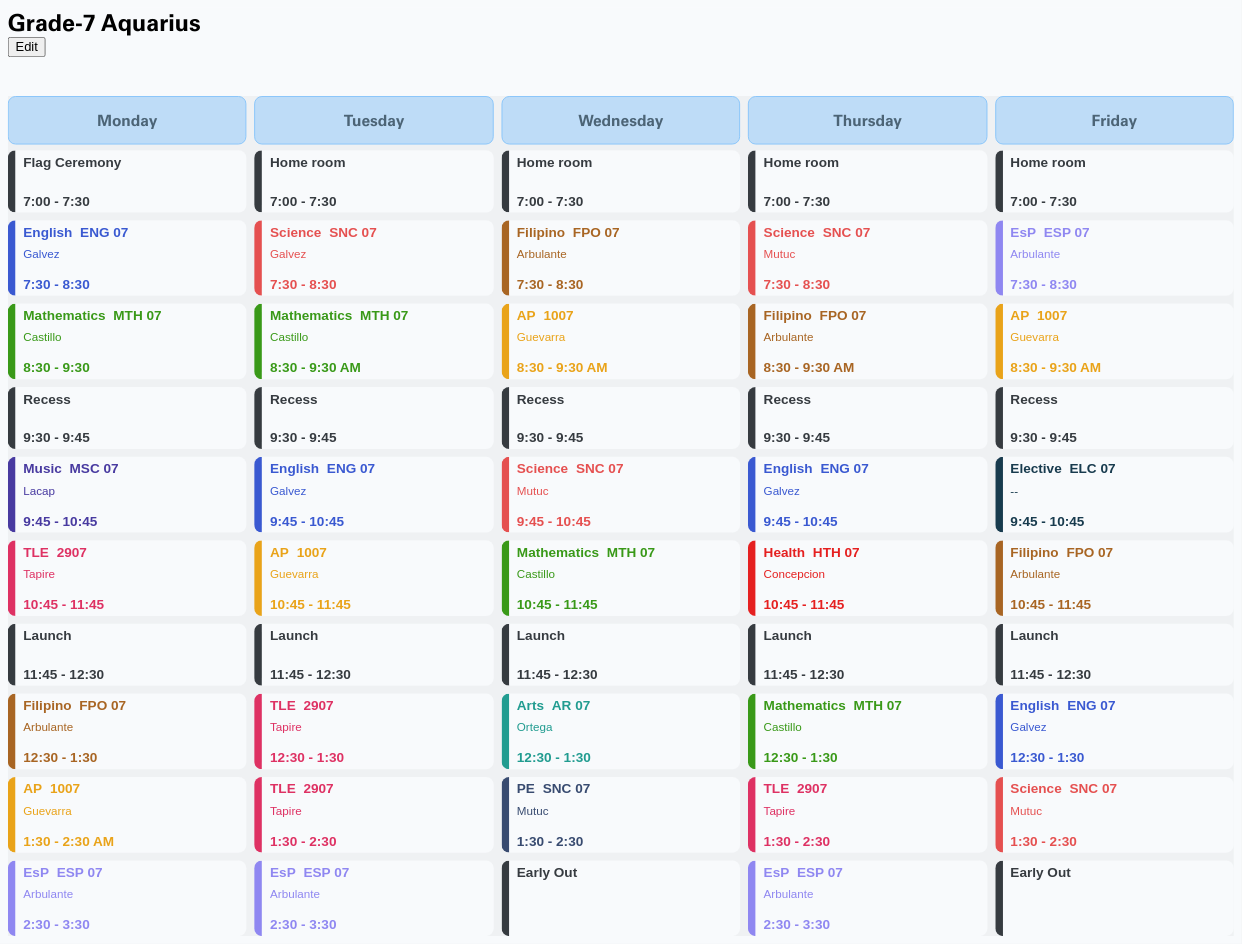
Repository: kentdrlo/prototype
Page: timetable.html
The author's editor kept a copy of each file at every save. The page is drawn from the files as they stood at one save, then again after the next save.
The browser window is 1280 px wide. The pictures show the whole page, at 97% of full size.
An inner scrolling area shows only its first screen.

Above is the page before, as saved 2025-05-29 09:21:47.

### timetable.html
<link rel="stylesheet" href="schedule.css" />
<div class="container">
  <div class="row">
    <div class="col">
      <div class="top-settings">
        <div class="top-settings-wrapper">
          <div class="schedule-name">Grade-7 Aquarius</div>
          <button type="button" class="btn btn-secondary">Edit</button>
        </div>
      </div>
    </div>
    <div class="table-container row">
      <div class="grid-wrapper">
        <div class="day-box" id="dayBox"></div>
        <div class="table-box" id="topBox"></div>
      </div>
    </div>
  </div>
</div>

<script src="schedule.js"></script>

### schedule.css
@font-face {
  font-family: "Univers";
  src: url("folder/Univers-Bold.woff2") format("woff2"),
    url("folder/Univers-Bold.woff") format("woff");
  font-weight: bold;
  font-style: normal;
  font-display: swap;
}

@font-face {
  font-family: "Univers";
  src: url("folder/Univers.woff2") format("woff2"),
    url("folder/Univers.woff") format("woff");
  font-weight: normal;
  font-style: normal;
  font-display: swap;
}

.work-sans-body {
  font-family: "Work Sans", sans-serif;
  font-optical-sizing: auto;
  font-weight: normal;
  font-style: normal;
}

:root {
  --ff-header: "Univers", sans-serif;
  --ff-body: "Work Sans", sans-serif;
}

html,
body {
  overflow-x: hidden;
  background-color: #f8fafc;
}

.top-settings {
  margin-bottom: 40px;
}

.schedule-name {
  font-family: var(--ff-header);
  font-size: 24px;
  font-weight: bold;
}

.grid-wrapper {
  display: grid;
  grid-template-rows: auto 1fr;
  row-gap: 16px;
  background-color: #eff1f3;
}

.day-box,
.table-box {
  display: grid;
  grid-template-columns: repeat(5, 1fr);
  column-gap: 8px;
}

.day-box {
  height: 40px;
}

.card-day {
  height: 100%;
  font-family: var(--ff-body);
  display: flex;
  justify-content: center;
  align-items: center;
  background-color: #8ac6fa7c;
  color: #4c6476;
  font-family: var(--ff-header);
  font-weight: bold;
  font-size: 16px;
  padding: 4px 8px 4px 8px;
  border-radius: 8px;
  border: 1px solid #8ac6fa;
}

.table-box {
  grid-auto-rows: auto;
  row-gap: 8px;
}

.card {
  width: auto;
  height: auto;
  font-family: var(--ff-body);
  display: flex;
  flex-direction: column;
  gap: 16px;
  padding: 4px 8px 4px 8px;
  background-color: #f8fafc;
  border-radius: 8px;
}

.subject-detail-wrapper {
  display: flex;
  flex-direction: row;
  gap: 8px;
  font-weight: bold;
  font-size: 14px;
}

.subject-teacher-wrapper {
  display: flex;
  flex-direction: column;
  gap: 8px;
}

.subject-name,
.time {
  font-weight: bold;
  font-size: 14px;
}

.teacher-name {
  font-family: var(--ff-body);
  font-size: 12px;
}

### schedule.js
const dates = [
  { day: "Monday" },
  { day: "Tuesday" },
  { day: "Wednesday" },
  { day: "Thursday" },
  { day: "Friday" },
];

const details = [
  {
    subject: "Flag Ceremony",
    code: "",
    name: "",
    time: "7:00 - 7:30",
    color: "363B40",
  },
  {
    subject: "Home room",
    code: "",
    name: "",
    time: "7:00 - 7:30",
    color: "363B40",
  },
  {
    subject: "Home room",
    code: "",
    name: "",
    time: "7:00 - 7:30",
    color: "363B40",
  },
  {
    subject: "Home room",
    code: "",
    name: "",
    time: "7:00 - 7:30",
    color: "363B40",
  },
  {
    subject: "Home room",
    code: "",
    name: "",
    time: "7:00 - 7:30",
    color: "363B40",
  },
  {
    subject: "English",
    code: "ENG 07",
    name: "Galvez",
    time: "7:30 - 8:30",
    color: "3a59d1",
  },
  {
    subject: "Science",
    code: "SNC 07",
    name: "Galvez",
    time: "7:30 - 8:30",
    color: "E55050",
  },
  {
    subject: "Filipino",
    code: "FPO 07",
    name: "Arbulante",
    time: "7:30 - 8:30",
    color: "A86523",
  },

  {
    subject: "Science",
    code: "SNC 07",
    name: "Mutuc",
    time: "7:30 - 8:30",
    color: "E55050",
  },
  {
    subject: "EsP",
    code: "ESP 07",
    name: "Arbulante",
    time: "7:30 - 8:30",
    color: "8F87F1",
  },
  {
    subject: "Mathematics",
    code: "MTH 07",
    name: "Castillo",
    time: "8:30 - 9:30",
    color: "399918",
  },
  {
    subject: "Mathematics",
    code: "MTH 07",
    name: "Castillo",
    time: "8:30 - 9:30 AM",
    color: "399918",
  },

  {
    subject: "AP",
    code: "1007",
    name: "Guevarra",
    time: "8:30 - 9:30 AM",
    color: "E9A319",
  },
  {
    subject: "Filipino",
    code: "FPO 07",
    name: "Arbulante",
    time: "8:30 - 9:30 AM",
    color: "A86523",
  },
  {
    subject: "AP",
    code: "1007",
    name: "Guevarra",
    time: "8:30 - 9:30 AM",
    color: "E9A319",
  },
  {
    subject: "Recess",
    code: "",
    name: "",
    time: "9:30 - 9:45",
    color: "363B40",
  },
  {
    subject: "Recess",
    code: "",
    name: "",
    time: "9:30 - 9:45",
    color: "363B40",
  },
  {
    subject: "Recess",
    code: "",
    name: "",
    time: "9:30 - 9:45",
    color: "363B40",
  },
  {
    subject: "Recess",
    code: "",
    name: "",
    time: "9:30 - 9:45",
    color: "363B40",
  },
  {
    subject: "Recess",
    code: "",
    name: "",
    time: "9:30 - 9:45",
    color: "363B40",
  },
  {
    subject: "Music",
    code: "MSC 07",
    name: "Lacap",
    time: "9:45 - 10:45",
    color: "483AA0",
  },
  {
    subject: "English",
    code: "ENG 07",
    name: "Galvez",
    time: "9:45 - 10:45",
    color: "3a59d1",
  },

  {
    subject: "Science",
    code: "SNC 07",
    name: "Mutuc",
    time: "9:45 - 10:45",
    color: "E55050",
  },
  {
    subject: "English",
    code: "ENG 07",
    name: "Galvez",
    time: "9:45 - 10:45",
    color: "3a59d1",
  },
  {
    subject: "Elective",
    code: "ELC 07",
    name: "--",
    time: "9:45 - 10:45",
    color: "183B4E",
  },
  {
    subject: "TLE",
    code: "2907",
    name: "Tapire",
    time: "10:45 - 11:45",
    color: "DE3163",
  },
  {
    subject: "AP",
    code: "1007",
    name: "Guevarra",
    time: "10:45 - 11:45",
    color: "E9A319",
  },

  {
    subject: "Mathematics",
    code: "MTH 07",
    name: "Castillo",
    time: "10:45 - 11:45",
    color: "399918",
  },
  {
    subject: "Health",
    code: "HTH 07",
    name: "Concepcion",
    time: "10:45 - 11:45",
    color: "E52020",
  },
  {
    subject: "Filipino",
    code: "FPO 07",
    name: "Arbulante",
    time: "10:45 - 11:45",
    color: "A86523",
  },
  {
    subject: "Launch",
    code: "",
    name: "",
    time: "11:45 - 12:30",
    color: "363B40",
  },
  {
    subject: "Launch",
    code: "",
    name: "",
    time: "11:45 - 12:30",
    color: "363B40",
  },
  {
    subject: "Launch",
    code: "",
    name: "",
    time: "11:45 - 12:30",
    color: "363B40",
  },
  {
    subject: "Launch",
    code: "",
    name: "",
    time: "11:45 - 12:30",
    color: "363B40",
  },
  {
    subject: "Launch",
    code: "",
    name: "",
    time: "11:45 - 12:30",
    color: "363B40",
  },
  {
    subject: "Filipino",
    code: "FPO 07",
    name: "Arbulante",
    time: "12:30 - 1:30",
    color: "A86523",
  },
  {
    subject: "TLE",
    code: "2907",
    name: "Tapire",
    time: "12:30 - 1:30",
    color: "DE3163",
  },
  {
    subject: "Arts",
    code: "AR 07",
    name: "Ortega",
    time: "12:30 - 1:30",
    color: "219C90",
  },
  {
    subject: "Mathematics",
    code: "MTH 07",
    name: "Castillo",
    time: "12:30 - 1:30",
    color: "399918",
  },
  {
    subject: "English",
    code: "ENG 07",
    name: "Galvez",
    time: "12:30 - 1:30",
    color: "3a59d1",
  },
{
    subject: "AP",
    code: "1007",
    name: "Guevarra",
    time: "1:30 - 2:30 AM",
    color: "E9A319",
  },
 {
    subject: "TLE",
    code: "2907",
    name: "Tapire",
    time: "1:30 - 2:30",
    color: "DE3163",
  },

  {
    subject: "PE",
    code: "SNC 07",
    name: "Mutuc",
    time: "1:30 - 2:30",
    color: "384B70",
  },
  {
    subject: "TLE",
    code: "2907",
    name: "Tapire",
    time: "1:30 - 2:30",
    color: "DE3163",
  },
   {
    subject: "Science",
    code: "SNC 07",
    name: "Mutuc",
    time: "1:30 - 2:30",
    color: "E55050",
  },
  {
    subject: "EsP",
    code: "ESP 07",
    name: "Arbulante",
    time: "2:30 - 3:30",
    color: "8F87F1",
  },
 {
    subject: "EsP",
    code: "ESP 07",
    name: "Arbulante",
    time: "2:30 - 3:30",
    color: "8F87F1",
  },

  {
    subject: "Early Out",
    code: " ",
    name: " ",
    time: "",
    color: "363B40",
  },
 {
    subject: "EsP",
    code: "ESP 07",
    name: "Arbulante",
    time: "2:30 - 3:30",
    color: "8F87F1",
  },
 {
    subject: "Early Out",
    code: " ",
    name: " ",
    time: "",
    color: "363B40",
  },
];

function appendDays() {
  const dayBox = document.getElementById("dayBox");

  dates.forEach((date) => {
    dayBox.innerHTML += ` <div class="card-day">` + date.day + `</div>`;
  });
}

function appendDetails() {
  const topBox = document.getElementById("topBox");

  details.forEach((detail) => {
    topBox.innerHTML +=
      ` <div class="card" style="border-left: 8px solid #` +
      detail.color +
      `; color: #` +
      detail.color +
      `">
          <div class="subject-teacher-wrapper">
            <div class="subject-detail-wrapper">
              <div class="subject-name">` +
      detail.subject +
      `</div>
              <div class="subject-code">` +
      detail.code +
      `</div>
            </div>
            <div class="teacher-name">` +
      detail.name +
      `</div>
          </div>
          <div class="time">` +
      detail.time +
      `</div>
        </div>`;
  });
}

appendDays();
appendDetails();

After the next save:
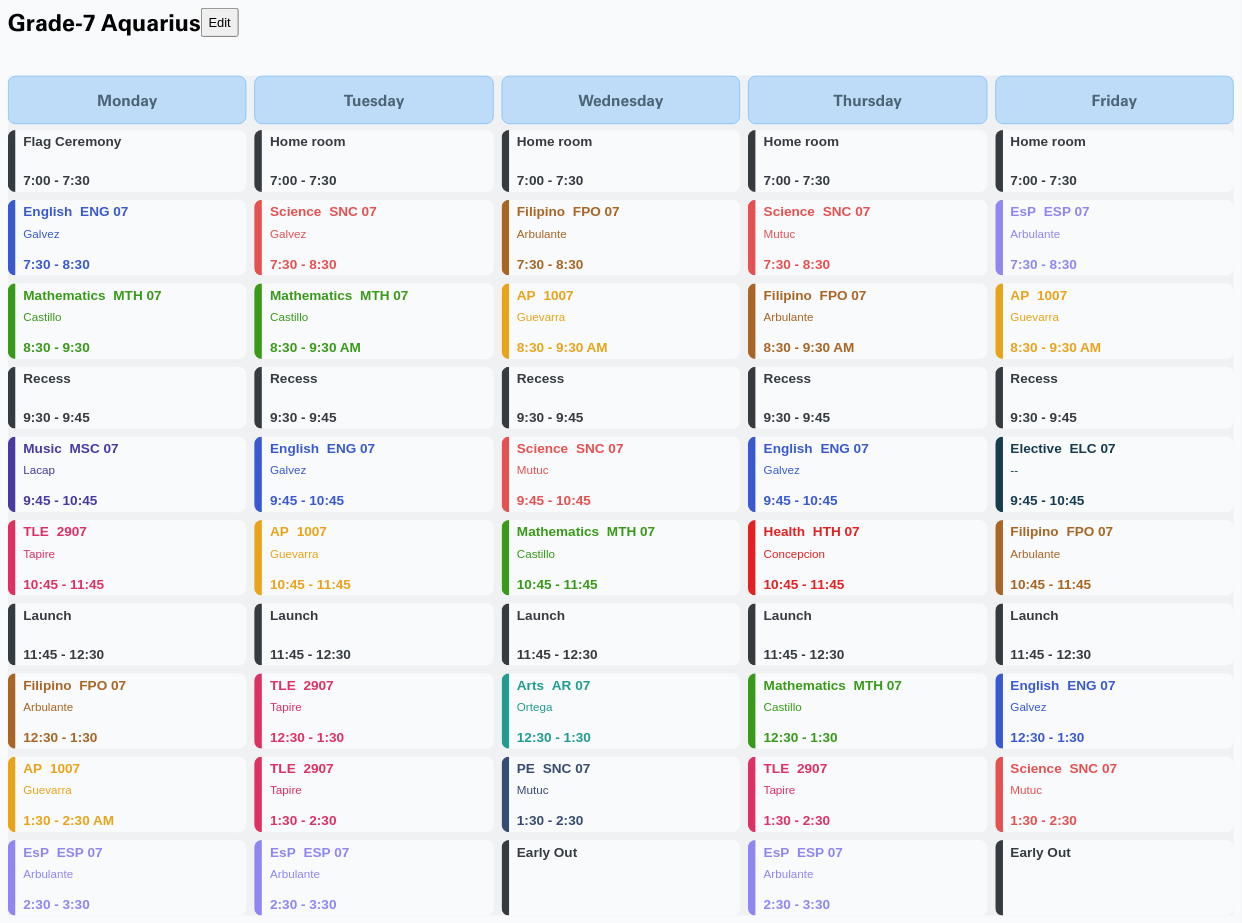
Saved 57 s later.
--- a/schedule.css
+++ b/schedule.css
@@ -36,6 +36,11 @@ body {
 
 .top-settings {
   margin-bottom: 40px;
+}
+
+.top-settings-wrapper{
+  display: flex;
+  flex-direction: row;
 }
 
 .schedule-name {
